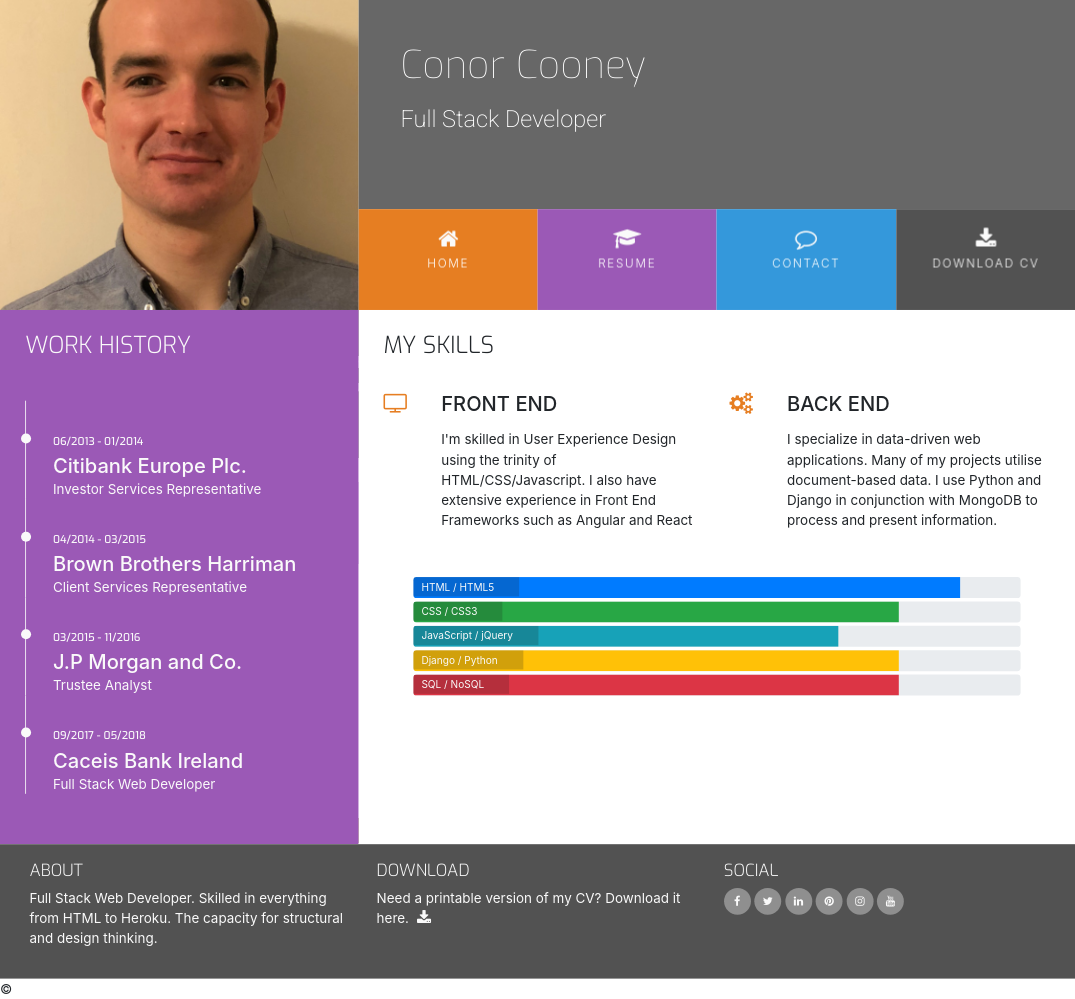
Repository: ConorTC1990/CONORCOONEY
Page: resume.html
The author's editor kept a record of every edit. The page is drawn from the files as they stood at one moment, then again after the next edit.
The browser window is 1280 px wide. The pictures show the whole page, at 84% of full size.
Some web libraries are served in a nearby version.

Above is the page before.

### resume.html
<!DOCTYPE html>
<html lang="en">
<head>
    <meta charset="UTF-8">
    <meta name="viewport" content="width=device-width, initial-scale=1.0">
    <meta http-equiv="X-UA-Compatible" content="ie=edge">
    <link rel="stylesheet" href="https://maxcdn.bootstrapcdn.com/bootstrap/4.2.1/css/bootstrap.min.css" type="text/css" />
    <link rel="stylesheet" href="https://maxcdn.bootstrapcdn.com/font-awesome/4.7.0/css/font-awesome.min.css" type="text/css" />
    <link rel="stylesheet" href="https://cdnjs.cloudflare.com/ajax/libs/hover.css/2.1.1/css/hover-min.css" type="text/css" />
    <link rel="stylesheet" href="assets/css/style.css">
    <title>Rosie</title>
</head>
<body>
    <header>
        <div class="row no-gutters">
            <a class="col-md-4 logo" href="02-index.html"></a>
            <div class="col-md-8">
                <div class="row no-gutters bg-color-name-title">
                    <div class="col heading">
                        <h1 class="name">Conor Cooney</h1>
                        <h2 class="title"> Full Stack Developer</h2>
                    </div>
                </div>
                <div class="row no-gutters">
                    <div class="col">
                        <ul id="nav" class="list-inline menucontainer">
                            <li class="col-6 col-sm-3 list-inline-item ui-menu-color-home menuitem">
                                <a href="index.html" class="hvr-sweep-to-bottom"><i class="fa fa-home" aria-hidden="true"></i><span>Home</span></a>
                            </li>
                            <li class="col-6 col-sm-3 list-inline-item ui-menu-color-resume menuitem">
                                <a href="resume.html" class="hvr-sweep-to-bottom"><i class="fa fa-graduation-cap" aria-hidden="true"></i><span>Resume</span></a>
                            </li>
                            <li class="col-6 col-sm-3 list-inline-item ui-menu-color-contact menuitem">
                                <a href="contact.html" class="hvr-sweep-to-bottom"><i class="fa fa-comment-o" aria-hidden="true"></i><span>Contact</span></a>
                            </li>
                            <li class="col-6 col-sm-3 list-inline-item ui-menu-color-download menuitem">
                                <a href="assets/CV/CV_May_2019.pdf" target="_blank" class="hvr-sweep-to-bottom"><i class="fa fa-download" aria-hidden="true"></i><span>Download CV</span></a>
                            </li>
                        </ul>
                    </div>
                </div>
            </div>
        </div>
    </header>
    <section class="container-fluid">
        <div class="row">
            <div class="col-md-4 bg-color-work-history section-column">
                <div class="row">
                    <div class="col-12">
                        <h3 class="history-heading uppercase">
                            Work History
                        </h3>
                    </div>
                </div>
                <div class="history-items">
                    <div class="timeline-item" data-dates="06/2013 - 01/2014">
                        <h4>Citibank Europe Plc.</h4>
                        <p>Investor Services Representative</p>
                    </div>
                    <div class="timeline-item" data-dates="04/2014 - 03/2015">
                        <h4>Brown Brothers Harriman </h4>
                        <p>Client Services Representative</p>
                    </div>
                    <div class="timeline-item" data-dates="03/2015 - 11/2016">
                        <h4>J.P Morgan and Co.</h4>
                        <p>Trustee Analyst</p>
                    </div>
                    <div class="timeline-item" data-dates="09/2017 - 05/2018">
                        <h4>Caceis Bank Ireland</h4>
                        <p>Full Stack Web Developer</p>
                    </div>
                </div>
            </div>
            <div class="col-md-8 bg-color-three-reasons section-column">
                <div class="row">
                    <div class="col">
                        <h3 class="section-heading uppercase">My Skills</h3>
                    </div>
                </div>
                <div class="row">
                    <div class="col-10 offset-1 offset-sm-0 col-sm-4 col-md-6">
                        <div class="row">
                            <div class="col-2">
                                <i class="three-reasons-icon fa fa-tv" aria-hidden="true"></i>
                            </div>
                            <div class="col-10">
                                <h4 class="three-reasons-heading uppercase">Front End</h4>
                                <p>
                                    I'm skilled in User Experience Design using the trinity of HTML/CSS/Javascript. I also have extensive experience in Front End Frameworks such as Angular and React
                                </p>
                            </div>
                        </div>
                    </div>
                    <div class="col-10 offset-1 offset-sm-0 col-sm-4 col-md-6">
                        <div class="row">
                            <div class="col-2">
                                <i class="three-reasons-icon fa fa-gears" aria-hidden="true"></i>
                            </div>
                            <div class="col-10">
                                <h4 class="three-reasons-heading uppercase">Back End</h4>
                                <p>
                                    I specialize in data-driven web applications. Many of my projects utilise document-based data. I use Python and Django in conjunction with MongoDB to process and present information.
                                </p>
                            </div>
                        </div>
                    </div>
                </div>
                <div class="row progress-section">
                    <div class="col">
                        <div class="progress">
                            <div class="progress-bar" role="progressbar" aria-valuenow="90" aria-valuemin="0" aria-valuemax="100" style="width:90%;">
                                <span class="sr-only">90% complete</span>
                            </div>
                            <span class="progress-type">HTML / HTML5</span>
                        </div>
                        <div class="progress">
                            <div class="progress-bar bg-success" role="progressbar" aria-valuenow="80" aria-valuemin="0" aria-valuemax="100" style="width:80%;">
                                <span class="sr-only">80% complete</span>
                            </div>
                            <span class="progress-type">CSS / CSS3</span>
                        </div>
                        <div class="progress">
                            <div class="progress-bar bg-info" role="progressbar" aria-valuenow="70" aria-valuemin="0" aria-valuemax="100" style="width:70%;">
                                <span class="sr-only">70% complete</span>
                            </div>
                            <span class="progress-type">JavaScript / jQuery</span>
                        </div>
                        <div class="progress">
                            <div class="progress-bar bg-warning" role="progressbar" aria-valuenow="80" aria-valuemin="0" aria-valuemax="100" style="width:80%;">
                                <span class="sr-only">80% complete</span>
                            </div>
                            <span class="progress-type">Django / Python</span>
                        </div>
                        <div class="progress">
                            <div class="progress-bar bg-danger" role="progressbar" aria-valuenow="80" aria-valuemin="0" aria-valuemax="100" style="width:80%;">
                                <span class="sr-only">80% complete</span>
                            </div>
                            <span class="progress-type">SQL / NoSQL</span>
                        </div>
                    </div>
                </div>
            </div>
        </div>

    </section>
    <footer class="container-fluid">
        <div id="footer-details" class="row">
            <div class="col-sm-4">
                <h5 class="uppercase general-sub">About</h5>
                <p class="inline-block">
                    Full Stack Web Developer. Skilled in everything from HTML to Heroku. The capacity for structural and design thinking.
                </p>
            </div>
            <div class="col-sm-4">
                <h5 class="uppercase general-sub">Download</h5>
                <p class="inline-block">
                    Need a printable version of my CV? Download it here.
                    <a href="assets/CV/CV_May_2019.pdf" target="_blank" class="cv-pdf">
                        <i class="fa fa-download" aria-hidden="true"></i>
                        <span class="sr-only">Download link.</span>
                    </a>
                </p>
            </div>
            <div class="col-sm-4">
                <h5 class="uppercase general-sub">Social</h5>
                <ul class="list-inline social-links">
                    <li class="list-inline-item">
                        <a target="_blank" href="#">
                            <i class="fa fa-facebook" aria-hidden="true"></i>
                            <span class="sr-only">Facebook</span>
                        </a>
                    </li>
                    <li class="list-inline-item">
                        <a target="_blank" href="#">
                            <i class="fa fa-twitter" aria-hidden="true"></i>
                            <span class="sr-only">Twitter</span>
                        </a>
                    </li>
                    <li class="list-inline-item">
                        <a target="_blank" href="#">
                            <i class="fa fa-linkedin" aria-hidden="true"></i>
                            <span class="sr-only">LinkedIn</span>
                        </a>
                    </li>
                    <li class="list-inline-item">
                        <a target="_blank" href="#">
                            <i class="fa fa-pinterest" aria-hidden="true"></i>
                            <span class="sr-only">Pinterest</span>
                        </a>
                    </li>
                    <li class="list-inline-item">
                        <a target="_blank" href="#">
                            <i class="fa fa-instagram" aria-hidden="true"></i>
                            <span class="sr-only">Instagram</span>
                        </a>
                    </li>
                    <li class="list-inline-item">
                        <a target="_blank" href="#">
                            <i class="fa fa-youtube" aria-hidden="true"></i>
                            <span class="sr-only">YouTube</span>
                        </a>
                    </li>
                </ul>
            </div>
        </div>
    </footer>
</body>
</html>
©

### assets/css/style.css
@import url('https://fonts.googleapis.com/css?family=Roboto:100,200,300,400,500,600,700|Exo:100,200,300,400,500,600,700');

/*--------------------------------------------Colors*/

.bg-color-name-title {
    background-color: #676767;
}

.bg-color-three-reasons {
    background-color: #fff;
}

.bg-color-personal-info {
    background-color: #f4f4f4;
}

.bg-color-work-history {
    background-color: #9b59b6;
}

.bg-color-contact {
    background-color: #fff;
}

.ui-menu-color-home {
    background-color: #e67e22;
}

.ui-menu-color-resume {
    background-color: #9b59b6;
}

.ui-menu-color-contact {
    background-color: #3498db;
}

.ui-menu-color-download {
    background-color: #525252;
}

.row-table {
    display: table;
}

.section-column {
    display: table-cell;
    padding: 0 30px 30px;
    float: none;
}

.section-heading {
    font-family: "Exo", sans-serif;
    font-weight: 300;
    margin-top: 25px;
    margin-bottom: 40px;
}

/* ----------------------------------------Special paddings/margins/text */

h1,
h2,
h3,
h4 {
    margin: 0;
}

.uppercase {
    text-transform: uppercase;
}

.general-sub {
    font-family: "Exo", sans-serif;
    font-weight: 300;
    color: #fafafa;
}

.inline-block {
    display: inline-block;
}

.row-table {
    display: table;
}

.section-column {
    display: table-cell;
    padding: 0 30px 30px;
    float: none;
}

.history-heading,
.section-heading {
    font-family: "Exo", sans-serif;
    font-weight: 300;
    margin-top: 25px;
    margin-bottom: 40px;
}

/*--------------------------------------------Heading*/

header {
    margin: 0;
}

.heading {
    margin-left: 50px;
}

.logo {
    background: url("../images/IMG-0902.JPG");
    background-position: center;
    background-repeat: no-repeat;
    background-size: cover;
    min-height: 360px;
    transition: all .5s ease-in-out;
    -moz-transition: all .5s ease-in-out;
    -webkit-transition: all .5s ease-in-out;
}

.name {
    font-family: "Exo", sans-serif;
    font-weight: 100;
    font-size: 46px;
    margin-top: 50px;
    color: #fff;
}

.title {
    font-family: "Roboto", sans-serif;
    font-weight: 200;
    font-size: 28px;
    margin-top: 20px;
    margin-bottom: 90px;
    color: #fff;
}

.list-inline-item:not(:last-child) {
    margin: 0;
}

.menucontainer {
    font-size: 0;
}

#nav li {
    font-size: 14px;
    padding: 0;
}

#nav {
    margin: 0;
}

.menuitem {
    height: 120px;
    text-align: center;
    padding: 0;
}

.menuitem a {
    width: 100%;
    text-decoration: none;
    color: #fff;
    height: 120px;
}

.menuitem a i {
    padding-top: 22px;
    display: block;
    color: #fafafa;
    font-size: 26px;
}

.menuitem span {
    display: block;
    width: 100%;
    padding-top: 5px;
    text-align: center;
    text-transform: uppercase;
    font-size: 14px;
    font-weight: 300;
    letter-spacing: 2px;
}

/*--------------------------------------------Hover.css*/

.hvr-sweep-to-bottom:before {
    background: rgba(0, 0, 0, 0.2);
    height: 120px;
}

/* ----------------------------------------Footer */

footer {
    background-color: #525252;
    color: #fafafa;
    min-height: 120px;
    margin: 0;
}

.cv-pdf i {
    font-size: 18px;
    color: #fafafa;
    text-align: center;
    padding-left: 5px;
    transition: all 0.35s ease-in-out;
    -moz-transition: all 0.35s ease-in-out;
    -webkit-transition: all 0.35s ease-in-out;
    -o-transition: all 0.35s ease-in-out;
}

.cv-pdf i:hover {
    color: #e84610;
}

.social-links {
    padding-bottom: 15px;
}

.social-links li a i {
    width: 32px;
    height: 32px;
    padding: 12px 0;
    border-radius: 50%;
    font-size: 13px;
    line-height: 7px;
    text-align: center;
    color: #fafafa;
    background: #8f8f8f;
    transition: all 0.35s ease-in-out;
    -moz-transition: all 0.35s ease-in-out;
    -webkit-transition: all 0.35s ease-in-out;
    -o-transition: all 0.35s ease-in-out;
}

.social-links li a i:hover {
    background: #e84610;
}

#footer-details {
    padding: 20px;
}

/* ----------------------------------------Three Reasons */

.three-reasons-icon {
    font-size: 26px;
    color: #e67e22;
}

.three-reasons-heading {
    margin-bottom: 15px;
}

/* ----------------------------------------Personal Info */

.personal-info-item {
    margin-bottom: 20px;
    display: block;
    clear: both;
}

.personal-info-item .key,
.personal-info-item .value {
    padding-right: 8px;
    display: inline-block;
}

.personal-info-item .key p,
.personal-info-item .value p {
    margin: 0;
}

.personal-info-item .key {
    width: 30%;
    margin-right: 21px;
    padding-top: 2px;
    vertical-align: top;
}

.personal-info-item .key p {
    font-weight: 700;
}

.personal-info-item .value {
    position: relative;
    width: 60%;
}

/* ----------------------------------------Skills */

.progress {
    position: relative;
    height: 25px;
    margin-bottom: 4px;
}

.progress-type {
    position: absolute;
    left: 0px;
    font-weight: 400;
    padding: 3px 30px 2px 10px;
    color: #fafafa;
    background-color: rgba(25, 25, 25, 0.2);
}

.progress-section {
    margin: 40px 20px;
}

/* ----------------------------------------Work History */

.history-heading {
    color: #fafafa;
    margin-bottom: 50px;
}

.timeline-item {
    padding: 4em 2em 0em 2em;
    position: relative;
    color: #fafafa;
    border-left: 1px solid;
}

.timeline-item p {
    padding: 0;
    margin: 0;
}

.timeline-item:before {
    content: attr(data-dates);
    position: absolute;
    left: 2.5em;
    top: 3em;
    display: block;
    font-family: "Exo", sans-serif;
    font-weight: 500;
    font-size: 0.8em;
    padding: 0;
    margin: 0;
}

.timeline-item:after {
    width: 12px;
    height: 12px;
    display: block;
    top: 2.4em;
    position: absolute;
    left: -6px;
    border-radius: 12px;
    content: '';
    background: #fafafa;
}

.history-items {
    margin-bottom: 30px;
}

/* ----------------------------------------Contact Form */

.contact-heading {
    font-family: "Exo", sans-serif;
    font-weight: 300;
    margin-top: 25px;
    margin-bottom: 20px;
}

.center-form {
    padding-top: 10px;
    margin: 0 auto;
    max-width: 70%;
}

button[type="submit"] {
    margin-top: 15px;
    margin-bottom: 20px;
    color: #fafafa;
    background-color: #e84610;
}

/* ----------------------------------------Media Queries */

@media(min-width: 992px) {
    .center-form {
        padding-top: 30px;
        min-height: 240px;
        margin: 0 auto;
        max-width: 50%;
    }
}

After the next edit:
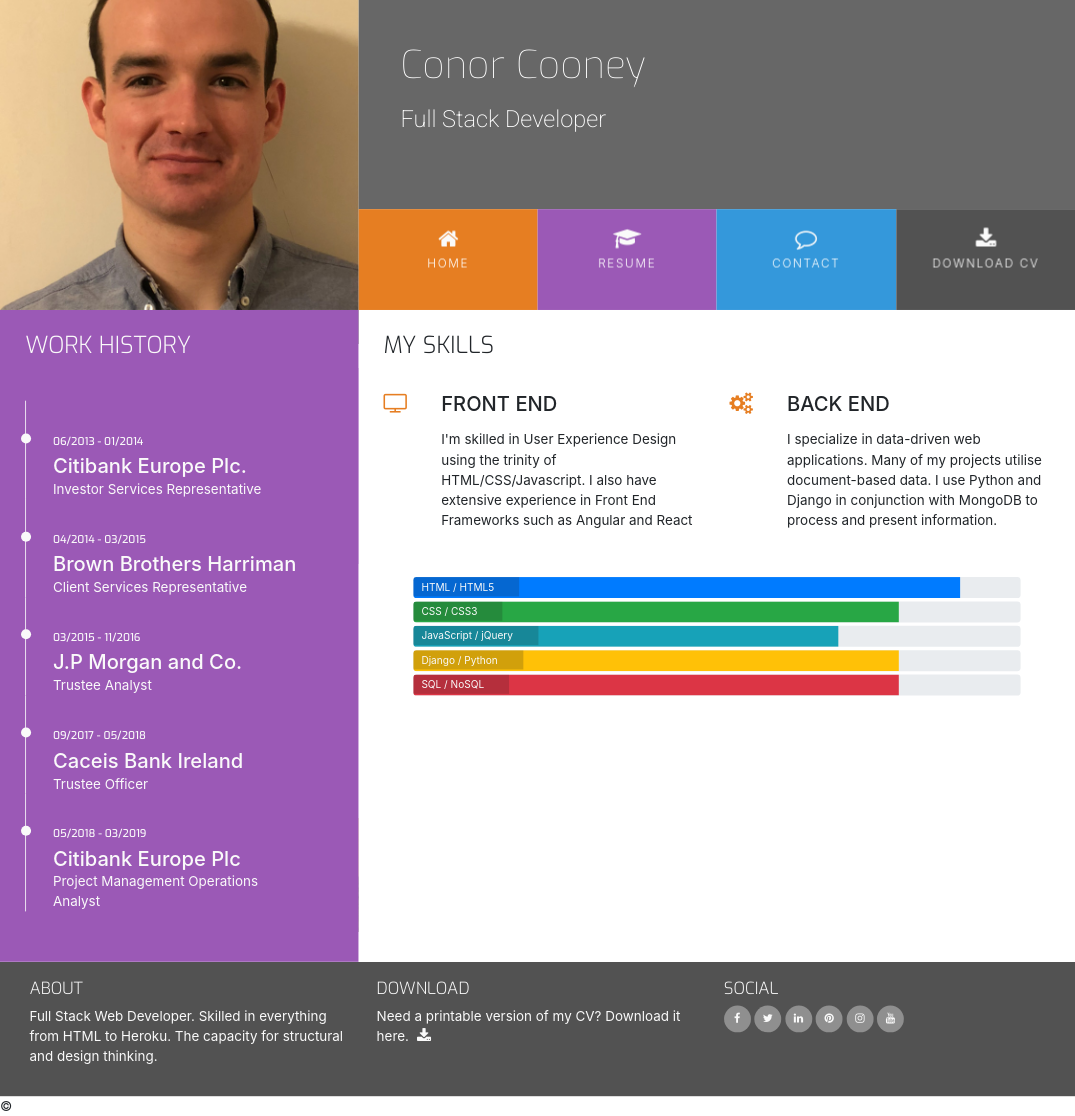
The edit:
--- a/resume.html
+++ b/resume.html
@@ -67,7 +67,11 @@
                     </div>
                     <div class="timeline-item" data-dates="09/2017 - 05/2018">
                         <h4>Caceis Bank Ireland</h4>
-                        <p>Full Stack Web Developer</p>
+                        <p>Trustee Officer</p>
+                    </div>
+                    <div class="timeline-item" data-dates="05/2018 - 03/2019">
+                        <h4>Citibank Europe Plc</h4>
+                        <p>Project Management Operations Analyst</p>
                     </div>
                 </div>
             </div>
